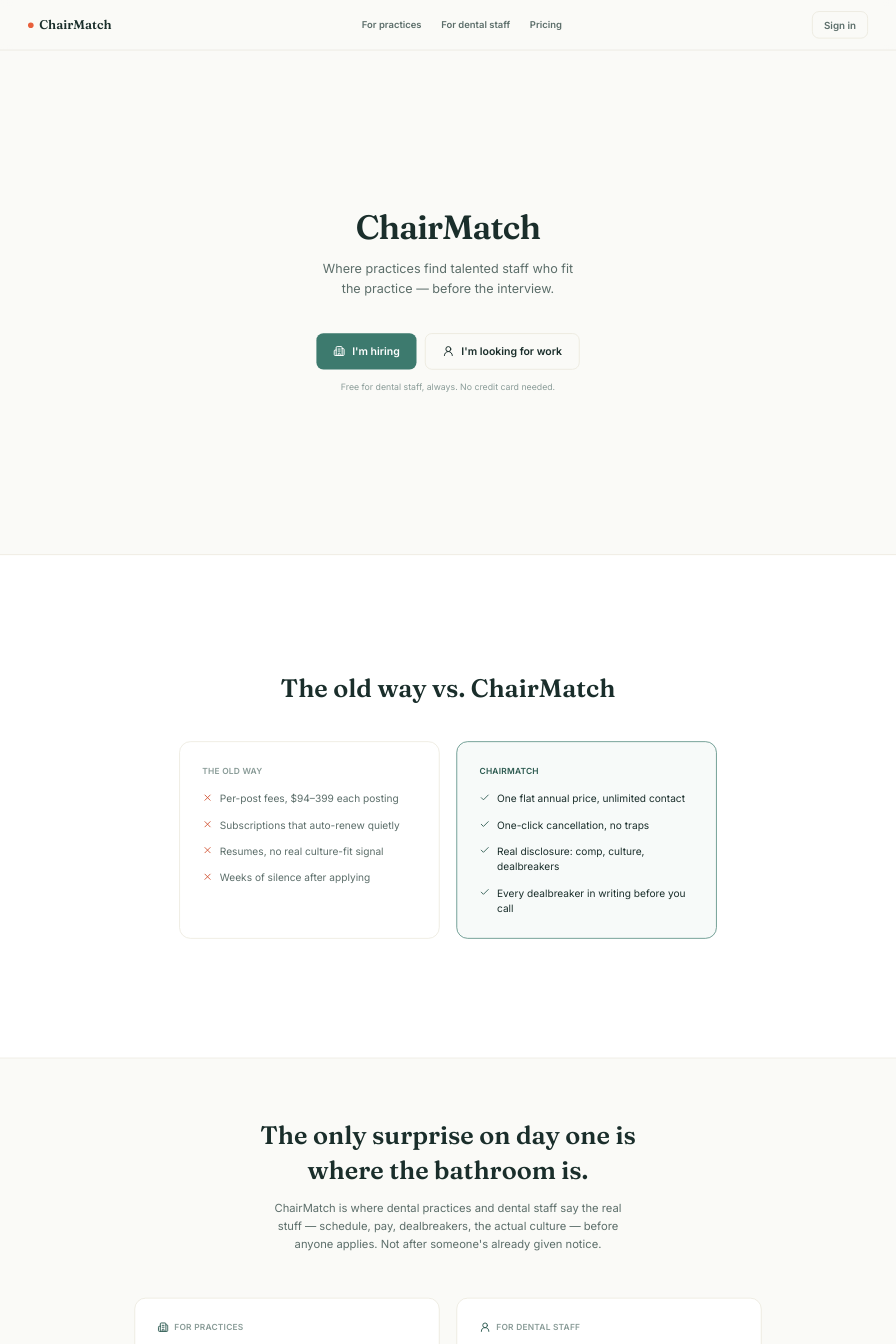
Repository: heavyclick/chairmatch
Page: /
The author's editor kept a copy of each file at every save. The page is drawn from the files as they stood at one save, then again after the next save.
The browser window is 1280 px wide. The pictures show the part of the page from y = 0 to 1920 px (the page is 5178 px tall), at 70% of full size.
The project was rebuilt for these pictures with package versions that can differ from the ones it lists, and the page was loaded fresh each time. The framework's server and built-in components were replaced by stand-ins that run in the browser. Also part of the build but not shown: next.config.ts.

Above is the page before, as saved 2026-07-10 04:40:23.

### src/app/layout.tsx
import type { Metadata } from "next";
import { Inter, Fraunces } from "next/font/google";
import "./globals.css";

const inter = Inter({
  variable: "--font-inter",
  subsets: ["latin"],
  weight: ["400", "500", "600", "700"],
});

const fraunces = Fraunces({
  variable: "--font-fraunces",
  subsets: ["latin"],
  weight: "variable",
  style: ["normal", "italic"],
  // Fraunces is a variable optical-size font; pin to a display-leaning
  // optical size so headlines read as a confident serif, not a body font.
  axes: ["opsz"],
});

export const metadata: Metadata = {
  title: "ChairMatch — Hire for fit, not just credentials.",
  description:
    "The dental staffing marketplace built around fit, not just resumes. For practice owners hiring hygienists, assistants, front desk, and office managers -- and for the dental staff who want a practice that actually fits them.",
};

export default function RootLayout({
  children,
}: Readonly<{
  children: React.ReactNode;
}>) {
  return (
    <html
      lang="en"
      className={`${inter.variable} ${fraunces.variable} h-full antialiased`}
    >
      <body className="min-h-full flex flex-col bg-bg text-ink">
        {children}
      </body>
    </html>
  );
}

### src/app/page.tsx
import Link from "next/link";
import {
  Building2,
  UserRound,
  Check,
  X,
  Quote,
  PenLine,
  ScanEye,
  MessagesSquare,
} from "lucide-react";
import { SiteHeader } from "@/components/marketing/site-header";
import { SiteFooter } from "@/components/marketing/site-footer";

export default function Home() {
  return (
    <div>
      <SiteHeader />

      {/* Hero -- previously just top-padded (pt-20/pb-16), so it read as
          "content sitting at the top of a page" rather than its own
          quiet moment. Now min-h-screen + flex centering so it fills
          the viewport the way the reference did, and the type scale is
          dialed back to match that screenshot's restraint (48px-ish
          wordmark, not a shouty 72px one). */}
      <section className="min-h-screen flex flex-col items-center justify-center px-5 md:px-10 text-center">
        <h1 className="font-serif text-4xl md:text-5xl font-semibold tracking-tight mb-5">
          ChairMatch
        </h1>
        <p className="text-[17px] md:text-lg text-ink-soft max-w-sm mx-auto mb-12 leading-relaxed">
          Where practices find talented staff who fit the practice — before
          the interview.
        </p>

        <div className="flex flex-col sm:flex-row gap-3 justify-center mb-4">
          {/* These link to /signup?type=owner|candidate so the fork
              question ("What brings you here?") on the signup page is
              skipped entirely -- the person already answered it by
              clicking one of these two buttons. Previously both
              buttons linked to a bare /signup, which asked the exact
              same question again right after. */}
          <Link
            href="/signup?type=owner"
            className="flex items-center gap-2.5 justify-center bg-teal text-white px-6 py-3.5 rounded-control font-semibold text-[15px] hover:bg-teal-deep transition-colors"
          >
            <Building2 size={17} /> I&apos;m hiring
          </Link>
          <Link
            href="/signup?type=candidate"
            className="flex items-center gap-2.5 justify-center border border-line px-6 py-3.5 rounded-control font-semibold text-[15px] hover:border-teal transition-colors"
          >
            <UserRound size={17} /> I&apos;m looking for work
          </Link>
        </div>
        <p className="text-[12.5px] text-ink-faint">
          Free for dental staff, always. No credit card needed.
        </p>
      </section>

      {/* Comparison -- moved up right under the hero. This is the page's
          fastest "why us" moment, so it shouldn't be buried five
          sections down where most visitors never scroll to. */}
      <section className="min-h-screen flex items-center px-5 md:px-10 py-20 bg-bg-raised border-y border-line">
        <div className="max-w-3xl mx-auto w-full">
          <h2 className="font-serif text-3xl md:text-4xl font-semibold text-center mb-14">
            The old way vs. ChairMatch
          </h2>
          <div className="grid grid-cols-1 md:grid-cols-2 gap-6">
            <div className="rounded-2xl border border-line p-8">
              <p className="text-[12px] font-semibold uppercase tracking-wide text-ink-faint mb-5">
                The old way
              </p>
              <ul className="space-y-4">
                {[
                  "Per-post fees, $94–399 each posting",
                  "Subscriptions that auto-renew quietly",
                  "Resumes, no real culture-fit signal",
                  "Weeks of silence after applying",
                ].map((t) => (
                  <li key={t} className="flex items-start gap-2.5 text-[14.5px] text-ink-soft">
                    <X size={15} className="text-coral-deep mt-0.5 shrink-0" /> {t}
                  </li>
                ))}
              </ul>
            </div>
            <div className="rounded-2xl border border-teal bg-teal-tint/30 p-8">
              <p className="text-[12px] font-semibold uppercase tracking-wide text-teal-deep mb-5">
                ChairMatch
              </p>
              <ul className="space-y-4">
                {[
                  "One flat annual price, unlimited contact",
                  "One-click cancellation, no traps",
                  "Real disclosure: comp, culture, dealbreakers",
                  "Every dealbreaker in writing before you call",
                ].map((t) => (
                  <li key={t} className="flex items-start gap-2.5 text-[14.5px] text-ink">
                    <Check size={15} className="text-teal-deep mt-0.5 shrink-0" /> {t}
                  </li>
                ))}
              </ul>
            </div>
          </div>
        </div>
      </section>

      {/* The clock-line section, relocated from the hero (which now
          leads with the plainer wordmark + positioning line) into its
          own moment lower on the page, paired with the mirrored
          owner/candidate cards it originally introduced. */}
      <section className="min-h-screen flex items-center px-5 md:px-10 py-20">
        <div className="max-w-4xl mx-auto w-full">
          <div className="text-center mb-16">
            <h2 className="font-serif text-3xl md:text-4xl font-semibold leading-snug mb-4 max-w-xl mx-auto">
              The only surprise on day one is where the bathroom is.
            </h2>
            <p className="text-[16px] text-ink-soft max-w-lg mx-auto leading-relaxed">
              ChairMatch is where dental practices and dental staff say the
              real stuff — schedule, pay, dealbreakers, the actual culture —
              before anyone applies. Not after someone&apos;s already given
              notice.
            </p>
          </div>
          <div className="grid grid-cols-1 md:grid-cols-2 gap-6">
            <div id="for-practices" className="scroll-mt-24 rounded-2xl border border-line p-8 bg-bg-raised">
              <div className="flex items-center gap-2 mb-5">
                <Building2 size={16} className="text-teal-deep" />
                <span className="text-[12px] font-semibold uppercase tracking-wide text-ink-faint">
                  For practices
                </span>
              </div>
              <p className="font-serif text-xl font-semibold leading-snug mb-4">
                You don&apos;t lose good hires. You lose the ones who never
                should&apos;ve said yes.
              </p>
              <p className="text-[14.5px] text-ink-soft leading-relaxed">
                By the time someone says the schedule &quot;doesn&apos;t
                work,&quot; they knew that in week one. On ChairMatch, every
                candidate has already told you what they won&apos;t do —
                solo coverage, weekends, a family-run office — before you
                ever pick up the phone.
              </p>
            </div>
            <div id="for-staff" className="scroll-mt-24 rounded-2xl border border-line p-8 bg-bg-raised">
              <div className="flex items-center gap-2 mb-5">
                <UserRound size={16} className="text-teal-deep" />
                <span className="text-[12px] font-semibold uppercase tracking-wide text-ink-faint">
                  For dental staff
                </span>
              </div>
              <p className="font-serif text-xl font-semibold leading-snug mb-4">
                Nobody wants to learn the schedule &quot;runs tight&quot; on
                their first real Monday.
              </p>
              <p className="text-[14.5px] text-ink-soft leading-relaxed">
                Practices on ChairMatch write down the actual week before
                you apply — the short-staffed days, the pace, what
                they&apos;ll need from you when it&apos;s busy. You list
                your dealbreakers too, so a no on either side happens
                before the offer, not after.
              </p>
            </div>
          </div>
        </div>
      </section>

      {/* How it works -- a genuine 3-step sequence, so numbering earns its place */}
      <section className="min-h-screen flex items-center px-5 md:px-10 py-20 bg-bg-raised border-y border-line">
        <div className="max-w-4xl mx-auto w-full">
          <h2 className="font-serif text-3xl md:text-4xl font-semibold text-center mb-16">
            How practices actually use it
          </h2>
          <div className="grid grid-cols-1 md:grid-cols-3 gap-10">
            {[
              {
                icon: PenLine,
                step: "01",
                title: "Say the real stuff",
                body: "Set your filters, then answer the questions job posts never ask — comp range, software, the dealbreakers you already know matter.",
              },
              {
                icon: ScanEye,
                step: "02",
                title: "See who's actually a fit",
                body: "Every match is judged on disclosure, not a resume. Names and photos stay blurred until you're ready to reach out.",
              },
              {
                icon: MessagesSquare,
                step: "03",
                title: "Reach out, not around",
                body: "One flat annual price unlocks direct messaging with every match — no per-post fee resetting the clock on you.",
              },
            ].map((s) => (
              <div key={s.step}>
                <div className="flex items-center gap-2.5 mb-4">
                  <s.icon size={18} className="text-teal-deep" />
                  <span className="font-serif text-[13px] font-semibold text-ink-faint">
                    {s.step}
                  </span>
                </div>
                <h3 className="font-semibold text-[16px] mb-2.5">{s.title}</h3>
                <p className="text-[14px] text-ink-soft leading-relaxed">{s.body}</p>
              </div>
            ))}
          </div>
        </div>
      </section>

      {/* Profile examples -- renamed from "What gets said out loud" and
          given a plainer, more literal intro. The previous heading was
          cute but left first-time visitors unsure whether these were
          real testimonials, made-up flavor text, or something else.
          Each card now also carries a role icon so it reads at a
          glance as "practice said this" vs "candidate said this." */}
      <section className="min-h-screen flex items-center px-5 md:px-10 py-20">
        <div className="max-w-4xl mx-auto w-full">
          <h2 className="font-serif text-3xl md:text-4xl font-semibold text-center mb-4">
            This is what a profile actually says
          </h2>
          <p className="text-center text-ink-faint text-[15px] mb-16 max-w-lg mx-auto">
            Every ChairMatch profile answers questions a resume or job post
            never asks. Here&apos;s what that looks like in practice.
          </p>
          <div className="grid grid-cols-1 md:grid-cols-3 gap-6">
            {[
              {
                quote: "No weekends, ever. That's not a preference, it's a dealbreaker.",
                label: "Hygienist's dealbreaker list",
                icon: UserRound,
              },
              {
                quote: "Mondays run short-staffed and the pace is fast. If that's not you, better to know now.",
                label: "Practice's culture disclosure",
                icon: Building2,
              },
              {
                quote: "I want to be trusted to run my own schedule, not filed as a warm body.",
                label: "Candidate's goals field",
                icon: UserRound,
              },
            ].map((q) => (
              <div key={q.label} className="rounded-2xl bg-bg-raised border border-line p-7">
                <Quote size={16} className="text-gold mb-4" />
                <p className="font-serif italic text-[17px] leading-snug text-ink mb-5">
                  {q.quote}
                </p>
                <div className="flex items-center gap-1.5">
                  <q.icon size={12} className="text-ink-faint" />
                  <p className="text-[11.5px] font-semibold uppercase tracking-wide text-ink-faint">
                    {q.label}
                  </p>
                </div>
              </div>
            ))}
          </div>
        </div>
      </section>

      {/* Pricing -- now with real signup CTAs on each plan instead of
          a static feature list nobody could act on. Checkout itself
          happens post-signup from the owner's billing page (see
          src/app/owner/settings/billing), so the Standard button says
          so rather than implying an instant charge from the homepage. */}
      <section id="pricing" className="scroll-mt-24 min-h-screen flex items-center px-5 md:px-10 py-20 bg-bg-raised border-y border-line">
        <div className="max-w-4xl mx-auto w-full">
          <h2 className="font-serif text-3xl md:text-4xl font-semibold text-center mb-3">Simple, honest pricing</h2>
          <p className="text-center text-ink-faint text-[15px] mb-16">
            Annual only. No surprise renewals.
          </p>
          <div className="grid grid-cols-1 md:grid-cols-2 gap-6 max-w-2xl mx-auto">
            <div className="rounded-2xl border border-line p-8 flex flex-col">
              <h3 className="font-semibold text-[16px] mb-1">Free</h3>
              <p className="font-serif text-3xl font-semibold mb-6">$0</p>
              <ul className="space-y-2.5 text-[14px] text-ink-soft mb-8 flex-1">
                <li>Full filters & search</li>
                <li>Full qualitative profiles</li>
                <li>Blurred name & photo</li>
              </ul>
              <Link
                href="/signup?type=owner"
                className="text-center border border-line px-4 py-2.5 rounded-control font-semibold text-[13.5px] hover:border-teal transition-colors"
              >
                Get started free
              </Link>
            </div>
            <div className="rounded-2xl border-2 border-teal bg-teal-tint/30 p-8 flex flex-col">
              <h3 className="font-semibold text-[16px] mb-1">Standard</h3>
              <p className="font-serif text-3xl font-semibold mb-6">$100/yr</p>
              <ul className="space-y-2.5 text-[14px] text-ink mb-8 flex-1">
                <li>Everything in Free</li>
                <li>Unblur every profile</li>
                <li>Direct messaging</li>
              </ul>
              <Link
                href="/signup?type=owner"
                className="text-center bg-teal text-white px-4 py-2.5 rounded-control font-semibold text-[13.5px] hover:bg-teal-deep transition-colors mb-2"
              >
                Get Standard
              </Link>
              <p className="text-[11.5px] text-ink-faint text-center">
                Set up your practice profile first — upgrade any time from
                your dashboard.
              </p>
            </div>
            {/* PAUSED (AI Pro tier) -- AI Search/Advisor/Screening are on
                hold pending real demand (see src/app/owner/settings/billing
                /page.tsx for the full picture). Restore this card, and the
                3-column grid above, together when Pro is re-enabled.
            <div className="relative rounded-2xl border-2 border-teal bg-teal-tint/30 p-6">
              <span className="absolute -top-3 left-5 bg-coral text-white text-[10.5px] font-bold px-2.5 py-1 rounded-full">
                Recommended
              </span>
              <h3 className="font-semibold text-[15px] mb-1 mt-1 flex items-center gap-1.5">
                Pro <Sparkles size={13} className="text-teal-deep" />
              </h3>
              <p className="font-serif text-2xl font-semibold mb-4">$250/yr</p>
              <ul className="space-y-2 text-[13.5px] text-ink">
                <li>Everything in Standard</li>
                <li>AI search & outreach</li>
                <li>10 screening credits included</li>
              </ul>
            </div>
            */}
          </div>
        </div>
      </section>

      {/* Closing CTA */}
      <section className="min-h-[70vh] flex flex-col items-center justify-center px-5 md:px-10 py-20 bg-ink text-center">
        <h2 className="font-serif text-3xl md:text-4xl font-semibold text-white leading-snug mb-4 max-w-lg mx-auto">
          The next hire&apos;s first Monday hasn&apos;t happened yet.
        </h2>
        <p className="text-[16px] text-[#B9C6C2] mb-10">
          Make it the kind nobody&apos;s surprised by.
        </p>
        <div className="flex flex-col sm:flex-row gap-3 justify-center">
          <Link
            href="/signup?type=owner"
            className="flex items-center gap-2.5 justify-center bg-teal text-white px-6 py-3.5 rounded-control font-semibold text-[15px] hover:bg-teal-deep transition-colors"
          >
            <Building2 size={17} /> I&apos;m hiring
          </Link>
          <Link
            href="/signup?type=candidate"
            className="flex items-center gap-2.5 justify-center border border-white/20 text-white px-6 py-3.5 rounded-control font-semibold text-[15px] hover:border-white/40 transition-colors"
          >
            <UserRound size={17} /> I&apos;m looking for work
          </Link>
        </div>
      </section>

      <SiteFooter />
    </div>
  );
}

Loaded but not shown: src/components/marketing/site-footer.tsx (104 lines, source omitted); src/app/globals.css (89 lines, source omitted); src/components/marketing/site-header.tsx (37 lines, source omitted)

After the next save:
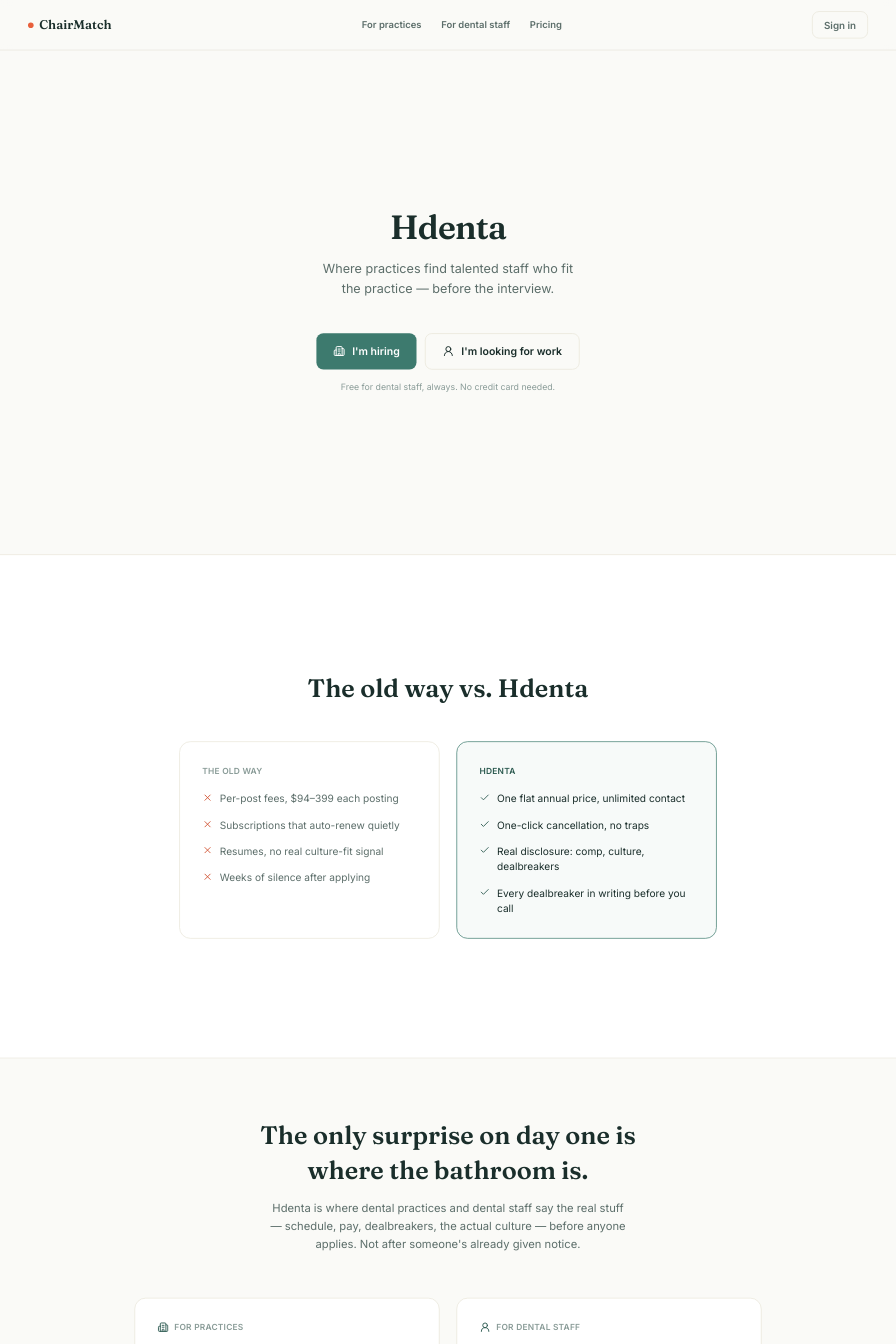
Saved 44 min 5 s later.
--- a/src/app/page.tsx
+++ b/src/app/page.tsx
@@ -25,7 +25,7 @@ export default function Home() {
           wordmark, not a shouty 72px one). */}
       <section className="min-h-screen flex flex-col items-center justify-center px-5 md:px-10 text-center">
         <h1 className="font-serif text-4xl md:text-5xl font-semibold tracking-tight mb-5">
-          ChairMatch
+          Hdenta
         </h1>
         <p className="text-[17px] md:text-lg text-ink-soft max-w-sm mx-auto mb-12 leading-relaxed">
           Where practices find talented staff who fit the practice — before
@@ -63,7 +63,7 @@ export default function Home() {
       <section className="min-h-screen flex items-center px-5 md:px-10 py-20 bg-bg-raised border-y border-line">
         <div className="max-w-3xl mx-auto w-full">
           <h2 className="font-serif text-3xl md:text-4xl font-semibold text-center mb-14">
-            The old way vs. ChairMatch
+            The old way vs. Hdenta
           </h2>
           <div className="grid grid-cols-1 md:grid-cols-2 gap-6">
             <div className="rounded-2xl border border-line p-8">
@@ -85,7 +85,7 @@ export default function Home() {
             </div>
             <div className="rounded-2xl border border-teal bg-teal-tint/30 p-8">
               <p className="text-[12px] font-semibold uppercase tracking-wide text-teal-deep mb-5">
-                ChairMatch
+                Hdenta
               </p>
               <ul className="space-y-4">
                 {[
@@ -115,7 +115,7 @@ export default function Home() {
               The only surprise on day one is where the bathroom is.
             </h2>
             <p className="text-[16px] text-ink-soft max-w-lg mx-auto leading-relaxed">
-              ChairMatch is where dental practices and dental staff say the
+              Hdenta is where dental practices and dental staff say the
               real stuff — schedule, pay, dealbreakers, the actual culture —
               before anyone applies. Not after someone&apos;s already given
               notice.
@@ -135,7 +135,7 @@ export default function Home() {
               </p>
               <p className="text-[14.5px] text-ink-soft leading-relaxed">
                 By the time someone says the schedule &quot;doesn&apos;t
-                work,&quot; they knew that in week one. On ChairMatch, every
+                work,&quot; they knew that in week one. On Hdenta, every
                 candidate has already told you what they won&apos;t do —
                 solo coverage, weekends, a family-run office — before you
                 ever pick up the phone.
@@ -153,7 +153,7 @@ export default function Home() {
                 their first real Monday.
               </p>
               <p className="text-[14.5px] text-ink-soft leading-relaxed">
-                Practices on ChairMatch write down the actual week before
+                Practices on Hdenta write down the actual week before
                 you apply — the short-staffed days, the pace, what
                 they&apos;ll need from you when it&apos;s busy. You list
                 your dealbreakers too, so a no on either side happens
@@ -218,7 +218,7 @@ export default function Home() {
             This is what a profile actually says
           </h2>
           <p className="text-center text-ink-faint text-[15px] mb-16 max-w-lg mx-auto">
-            Every ChairMatch profile answers questions a resume or job post
+            Every Hdenta profile answers questions a resume or job post
             never asks. Here&apos;s what that looks like in practice.
           </p>
           <div className="grid grid-cols-1 md:grid-cols-3 gap-6">
